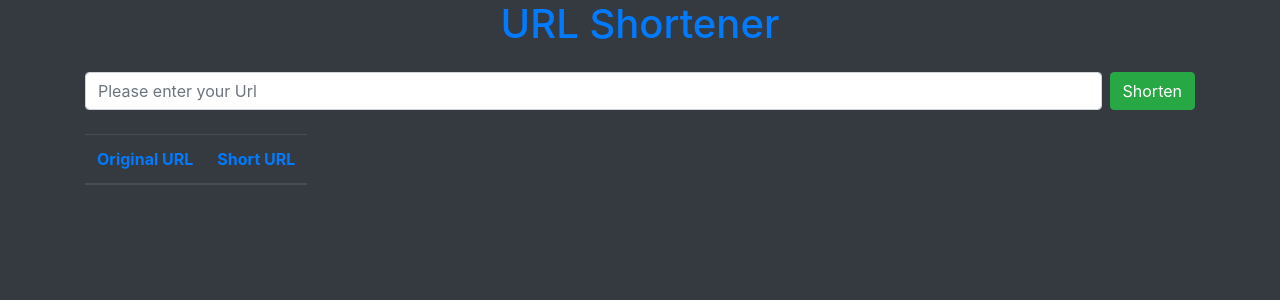
Repository: Art101-ui/Url-shorterner
Page: http://localhost/
These files come from the project's save history. The page is drawn as it stood at one moment and after the next save; the edit follows.
The browser window is 1280 px wide. The pictures show the whole page.
The page is served by the project's Node server (server.js). Other server files are loaded and not shown. Queries for data that is not in the repository find no rows.

Above is the page before, as saved 2022-02-24 14:38:59.

### views/index.ejs
<!DOCTYPE html>
<html lang="en">
  <head>
    <meta charset="UTF-8" />
    <meta name="viewport" content="width=device-width, initial-scale=1.0" />
    <meta http-equiv="X-UA-Compatible" content="ie=edge" />
    <link
      rel="stylesheet"
      href="https://stackpath.bootstrapcdn.com/bootstrap/4.4.1/css/bootstrap.min.css"
      integrity="sha384-Vkoo8x4CGsO3+Hhxv8T/Q5PaXtkKtu6ug5TOeNV6gBiFeWPGFN9MuhOf23Q9Ifjh"
      crossorigin="anonymous"
    />
    <title>Document</title>
  </head>
  <body class="bg-dark">
    <div class="container">
      <h1 class="text-center text-primary">URL Shortener</h1>
      <form action="/shortUrls" method="POST" class="my-4 form-inline">
        <label for="fullUrl" class="sr-only">Url</label>
        <input
          required
          placeholder="Please enter your Url"
          type="url"
          name="fullUrl"
          id="fullUrl"
          class="form-control col mr-2"
        />
        <button class="btn btn-success" type="submit">Shorten</button>
      </form>

      <table class="table table-striped table-responsive">
        <thead class="thead-dark">
          <tr>
            <th class="text-primary">Original URL</th>
            <th class="text-primary">Short URL</th>
          </tr>
        </thead>
        <tbody>
          <% shortUrls.forEach(shortUrl => { %>
          <tr>
            <td><a href="<%= shortUrl.full %>"><%= shortUrl.full %></a></td>
            <td><a href="<%= shortUrl.short %>"><%= shortUrl.short %></a></td>
          </tr>
          <% }) %>
        </tbody>
      </table>
    </div>
  </body>
</html>

### server.js
const express = require('express');
const mongoose = require('mongoose');
const connectDB = require('./config/db');
const ShortUrl = require('./models/shortUrl');
const app = express();

// mongoose.connect('mongodb://0.0.0.0:27017/urlShortener', {
//   useNewUrlParser: true,
//   useUnifiedTopology: true,
// });

connectDB();

app.set('view engine', 'ejs');
app.use(express.urlencoded({ extended: false }));

app.get('/', async (req, res) => {
  const shortUrls = await ShortUrl.find();
  res.render('index', { shortUrls: shortUrls });
});

app.post('/shortUrls', async (req, res) => {
  await ShortUrl.create({ full: req.body.fullUrl });

  res.redirect('/');
});

app.get('/:shortUrl', async (req, res) => {
  const shortUrl = await ShortUrl.findOne({ short: req.params.shortUrl });
  if (shortUrl == null) return res.sendStatus(404);

  shortUrl.clicks++;
  shortUrl.save();

  res.redirect(shortUrl.full);
});

const PORT = process.env.PORT || 3300;

app.listen(PORT, () => console.log(`Server started on port ${PORT}`));

After the next save:
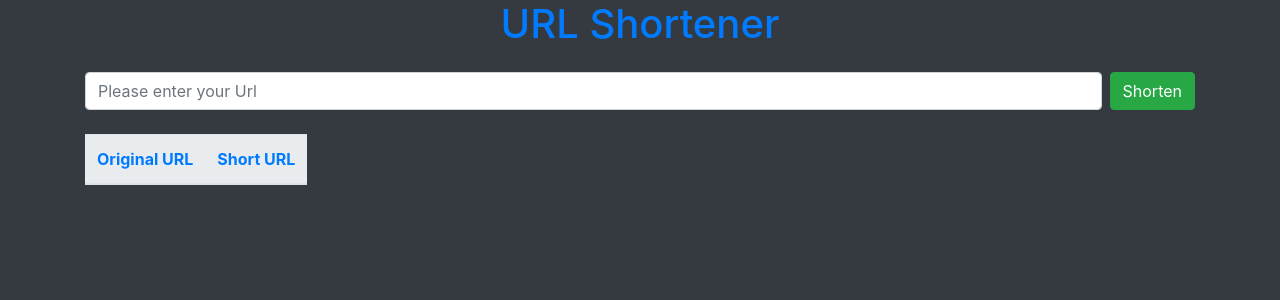
Saved 4 min 35 s later.
--- a/views/index.ejs
+++ b/views/index.ejs
@@ -29,7 +29,7 @@
       </form>
 
       <table class="table table-striped table-responsive">
-        <thead class="thead-dark">
+        <thead class="thead-light">
           <tr>
             <th class="text-primary">Original URL</th>
             <th class="text-primary">Short URL</th>
